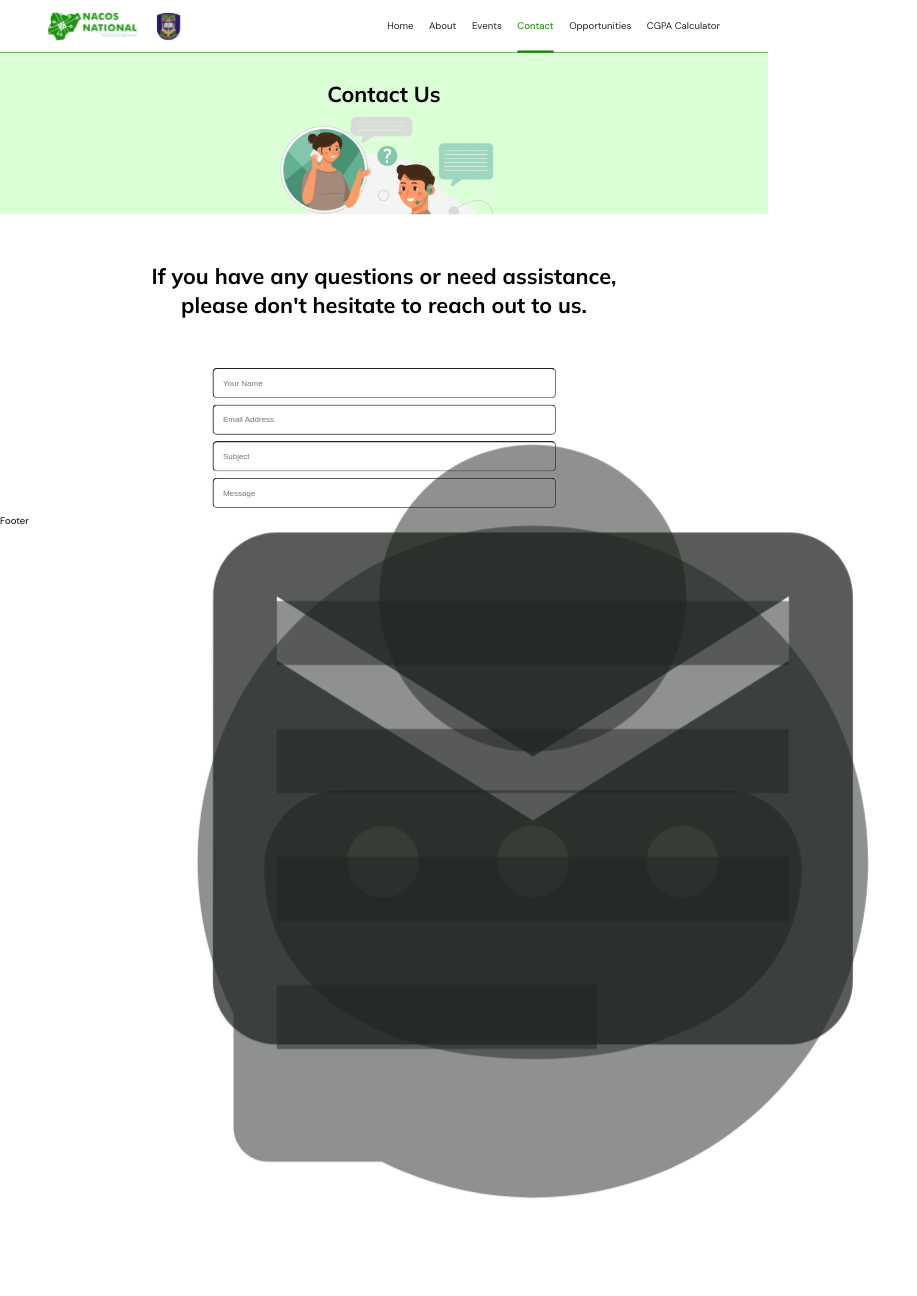
Repository: nacossuil/Uil-Nacos-Web
Page: /contact (app in frontend/)
These files come from the project's save history. The page is drawn as it stood at one moment and after the next save; the edit follows.
The browser window is 1280 px wide. The page is 1528 px wide, so the pictures cover 1528 px, including what lies to the right of the window. The pictures show the whole page, at 60% of full size.
The project was rebuilt for these pictures with package versions that can differ from the ones it lists, and the page was loaded fresh each time. Also part of the build but not shown: frontend/vite.config.js, frontend/src/components/Home/About/About.jsx, frontend/src/components/Home/Hero/Hero.jsx, frontend/src/pages/Home/HomePage.jsx, frontend/src/pages/About/AboutPage.jsx, frontend/src/pages/Events/EventsPage.jsx, frontend/src/pages/Opportunities/tempData.js, frontend/src/pages/Opportunities/OpportunitiesPage.jsx and 1 more.

Above is the page before, as saved 2023-11-15 11:02:40.

After the next save:
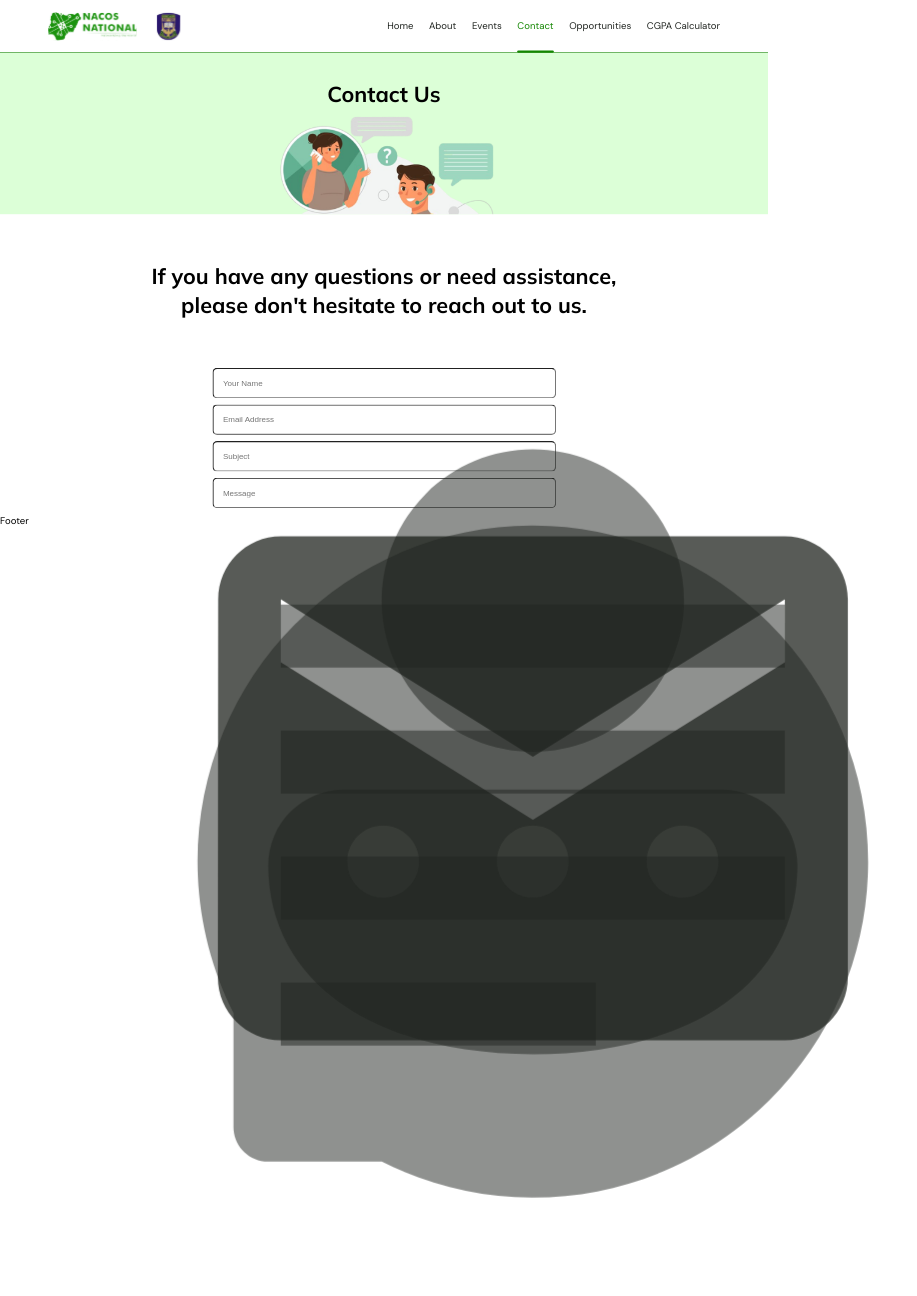
Saved 42 s later.
--- a/frontend/src/pages/Contact/ContactPage.css
+++ b/frontend/src/pages/Contact/ContactPage.css
@@ -46,3 +46,7 @@
 .form>img {
     position: absolute;
 }
+
+.icon {
+    padding: 10px;
+}
